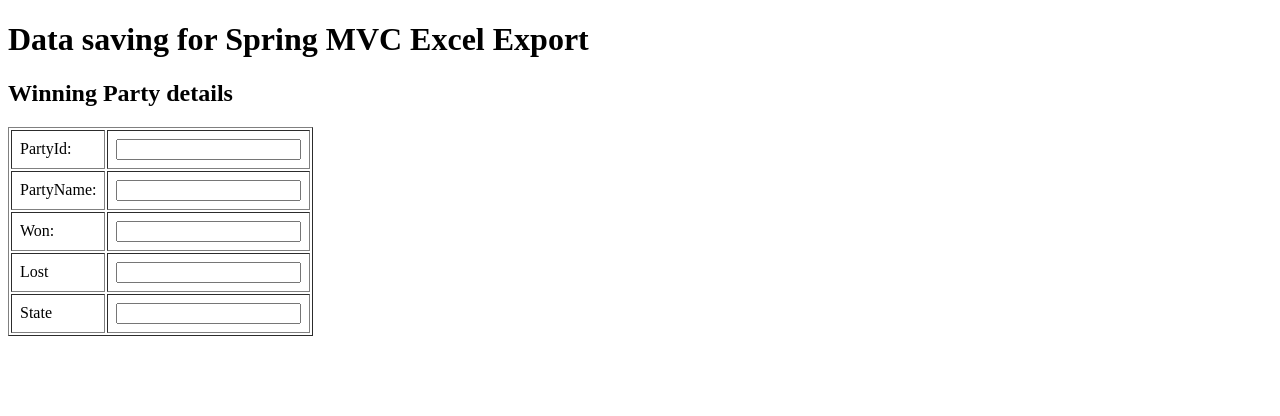
Repository: vitthaljambagi/Hackathon
Page: http://localhost/hackathonxworkz/view/Hackathon.jsp
An editor plug-in stored every save of this project. The page is shown before and after the next save, followed by the edit.
The browser window is 1280 px wide. The pictures show the whole page.
The page is served by Tomcat 9.

Above is the page before, as saved 2019-05-24 07:02:25.

After the next save:
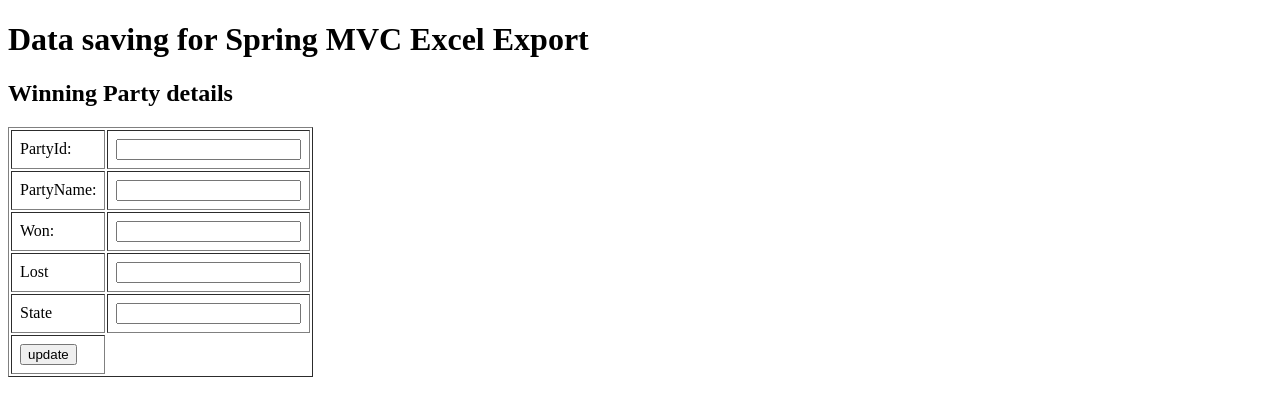
Saved 14 min 28 s later.
--- a/hackathonxworkz/WebContent/view/Hackathon.jsp
+++ b/hackathonxworkz/WebContent/view/Hackathon.jsp
@@ -32,6 +32,9 @@
 			<td>State</td>
 			<td><input type="text" name="state"></td>
 		</tr>
+		<tr>
+			<td><input type="submit" value="update"></td>
+		</tr>
 	</table>
 </body>
 </html>
